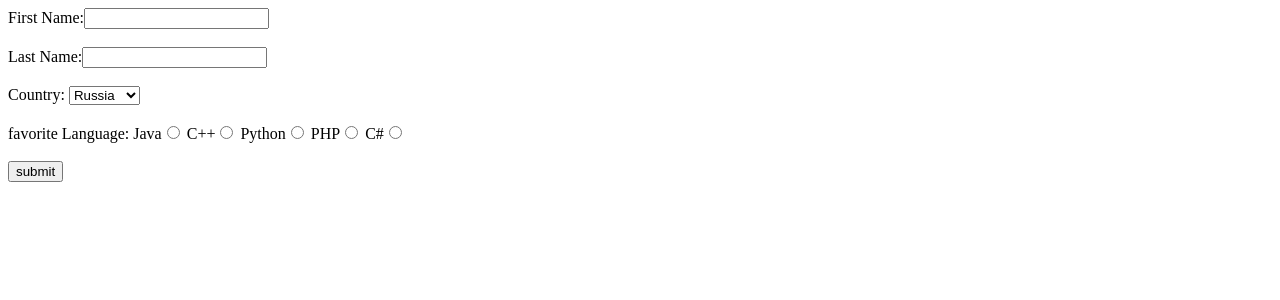
Repository: Janmajaya007/Eclipse-workspace
Page: http://localhost/spring-mvc-demo/student/showForm
An editor plug-in stored every save of this project. The page is shown before and after the next save, followed by the edit.
The browser window is 1280 px wide. The pictures show the whole page.
The page is served by Tomcat 9. The template is opened directly, without the code that normally fills it, so the values that code supplies are empty.

Above is the page before, as saved 2022-05-20 03:42:52.

After the next save:
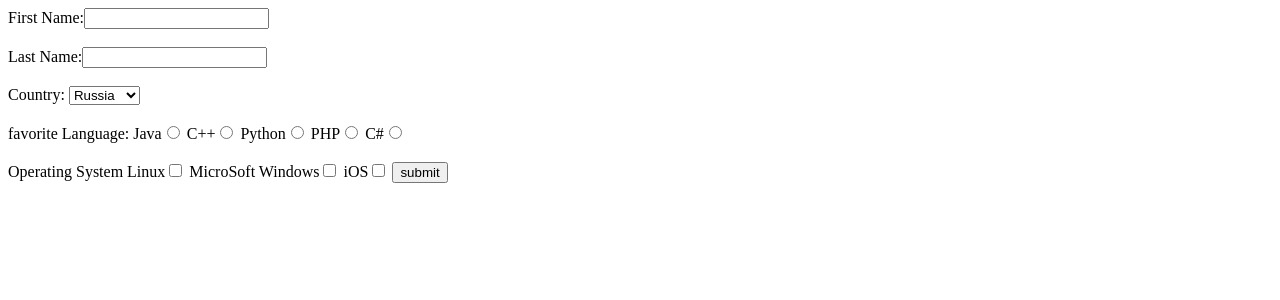
Saved 2 s later.
--- a/workspace3/spring-mvc-demo/WebContent/WEB-INF/view/student-form.jsp
+++ b/workspace3/spring-mvc-demo/WebContent/WEB-INF/view/student-form.jsp
@@ -27,7 +27,11 @@
 	C#<form:radiobutton path="favoriteLanguage" value="C#" />
 		<br>
 		<br>
-
+	Operating System
+	Linux<form:checkbox path="operatingSystem" value="Linux" />
+	MicroSoft Windows<form:checkbox path="operatingSystem"
+			value="MicroSoft Windows" />
+	iOS<form:checkbox path="operatingSystem" value="iOS" />
 		<input type="submit" value="submit" />
 	</form:form>
 
